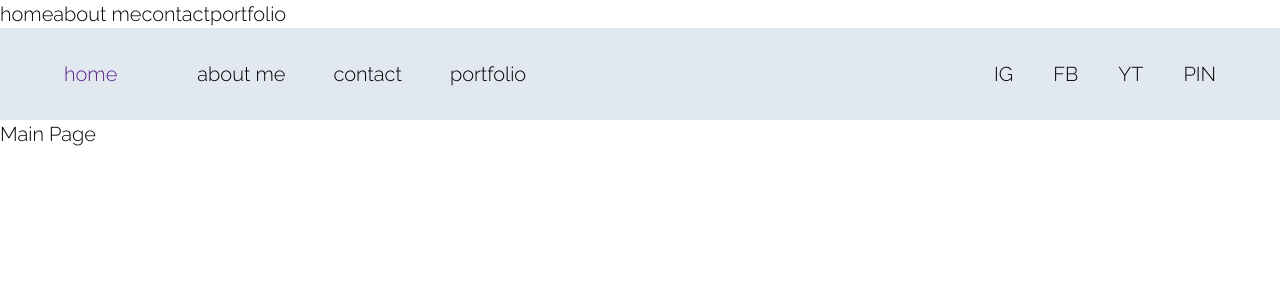
Repository: hubertrh/klaudia-personal-next
Page: /
An editor plug-in stored every save of this project. The page is shown before and after the next save, followed by the edit.
The browser window is 1280 px wide. The pictures show the whole page.
The project was rebuilt for these pictures with package versions that can differ from the ones it lists, and the page was loaded fresh each time. The framework's server and built-in components were replaced by stand-ins that run in the browser. Also part of the build but not shown: next.config.js.

Above is the page before, as saved 2023-08-11 15:40:47.

### app/layout.tsx
import './globals.css';
import type { Metadata } from 'next';
import { Inter } from 'next/font/google';
import Link from 'next/link';

const inter = Inter({ subsets: ['latin'] });

export const metadata: Metadata = {
  title: 'Klaudia Rogala-Haracz',
  description: 'Portrait and reportage photography. Based in London.',
};

export default function RootLayout({
  children,
}: {
  children: React.ReactNode;
}) {
  return (
    <html lang="en">
      <body className={inter.className}>
        <header>
          <nav>
            <Link href="#!">home</Link>
            <Link href="#!">about me</Link>
            <Link href="#!">contact</Link>
            <Link href="#!">portfolio</Link>
          </nav>
          <div></div>
        </header>
        {children}
      </body>
    </html>
  );
}

### app/(site)/layout.tsx
import '../globals.css';
import type { Metadata } from 'next';
import { Raleway } from 'next/font/google';
import Link from 'next/link';

const raleway = Raleway({ weight: '300', subsets: ['latin'] });

export const metadata: Metadata = {
  title: 'Klaudia Rogala-Haracz',
  description: 'Portrait and reportage photography. Based in London.',
};

export default function RootLayout({
  children,
}: {
  children: React.ReactNode;
}) {
  return (
    <html lang="en">
      <body className={`${raleway.className} text-xl`}>
        <header className="flex justify-between bg-slate-200 px-16 py-8">
          <nav className="nav">
            <Link className="!pr-20 text-primary" href="#!">
              home
            </Link>
            <Link href="#!">about me</Link>
            <Link href="#!">contact</Link>
            <Link href="/portfolio">portfolio</Link>
          </nav>
          <div>
            <Link
              className="social-icon"
              href="https://www.instagram.com/_klaudiarogala/"
            >
              IG
            </Link>
            <Link
              className="social-icon"
              href="https://www.facebook.com/klaudiarogalaphotographer/"
            >
              FB
            </Link>
            <Link
              className="social-icon"
              href="https://www.youtube.com/channel/UCyVfMWp16X_wYCG9213YOQw/"
            >
              YT
            </Link>
            <Link
              className="social-icon"
              href="https://www.pinterest.com/zuzannnnaa/"
            >
              PIN
            </Link>
            {/* <a class="lang-btn" href="/pl/index.html"><img src="/icons/flag-pl.svg" /></a> */}
          </div>
        </header>
        {children}
      </body>
    </html>
  );
}

### app/(site)/page.tsx
export default function Home() {
  return <div>Main Page</div>;
}

### app/globals.css
@tailwind base;
@tailwind components;
@tailwind utilities;

:root {
  --foreground-rgb: 0, 0, 0;
  --background-rgb: 255, 255, 255;
}

body {
  color: rgb(var(--foreground-rgb));
  background: rgb(var(--background-end-rgb));
}

.nav > * {
  @apply relative pr-12 transition-all duration-300 before:absolute before:-bottom-2 before:h-1 before:w-0 before:bg-primary before:content-[''] hover:text-primary hover:before:w-full;
}

.social-icon {
  @apply pl-10;
}

### tailwind.config.js
/** @type {import('tailwindcss').Config} */
module.exports = {
  content: [
    './pages/**/*.{js,ts,jsx,tsx,mdx}',
    './components/**/*.{js,ts,jsx,tsx,mdx}',
    './app/**/*.{js,ts,jsx,tsx,mdx}',
  ],
  theme: {
    extend: {
      colors: {
        primary: '#5D2187',
      },
      backgroundImage: {
        'gradient-radial': 'radial-gradient(var(--tw-gradient-stops))',
        'gradient-conic':
          'conic-gradient(from 180deg at 50% 50%, var(--tw-gradient-stops))',
      },
    },
  },
  plugins: [],
};

After the next save:
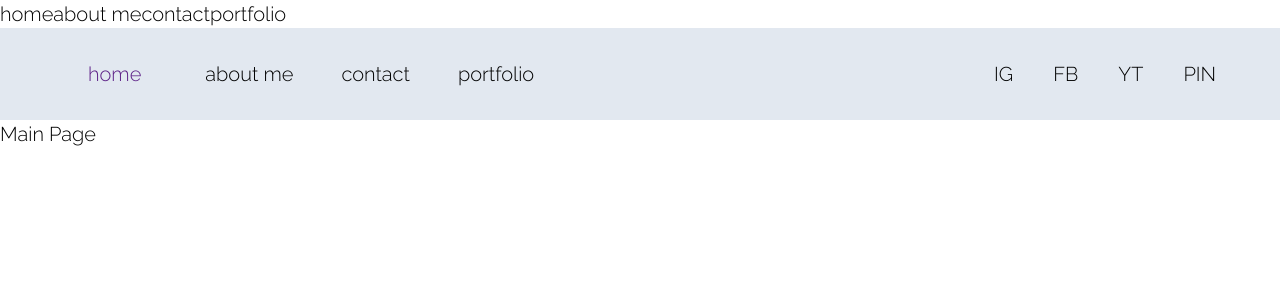
Saved 40 s later.
--- a/app/(site)/layout.tsx
+++ b/app/(site)/layout.tsx
@@ -20,7 +20,7 @@ export default function RootLayout({
       <body className={`${raleway.className} text-xl`}>
         <header className="flex justify-between bg-slate-200 px-16 py-8">
           <nav className="nav">
-            <Link className="!pr-20 text-primary" href="#!">
+            <Link className="!mr-10 text-primary" href="#!">
               home
             </Link>
             <Link href="#!">about me</Link>
--- a/app/globals.css
+++ b/app/globals.css
@@ -13,7 +13,7 @@ body {
 }
 
 .nav > * {
-  @apply relative pr-12 transition-all duration-300 before:absolute before:-bottom-2 before:h-1 before:w-0 before:bg-primary before:content-[''] hover:text-primary hover:before:w-full;
+  @apply relative mx-6 transition-all duration-300 before:absolute before:-bottom-2 before:h-1 before:w-0 before:bg-primary before:content-[''] hover:text-primary hover:before:w-full;
 }
 
 .social-icon {
